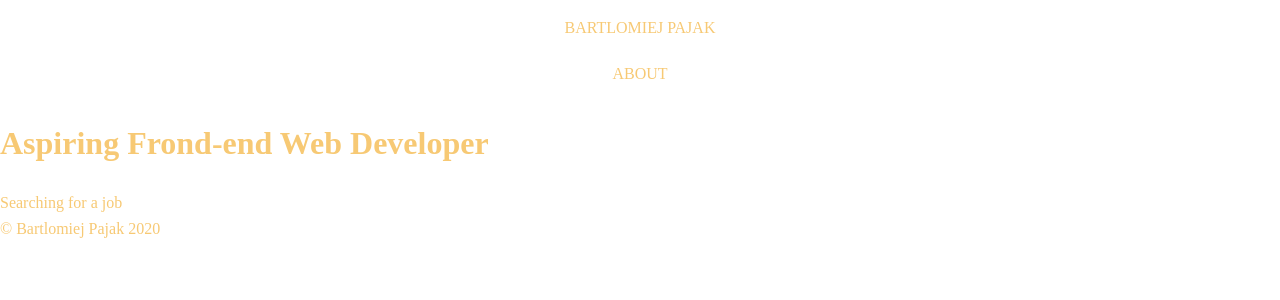
Repository: spidero7/personal-site
Page: index.html
An editor plug-in stored every save of this project. The page is shown before and after a run of saves, followed by the edit.
The browser window is 1280 px wide. The pictures show the whole page.
Some web fonts or font styles are not loaded; a fallback is used.

Above is the page before, as saved 2020-04-15 22:17:22.

After the next 9 saves:
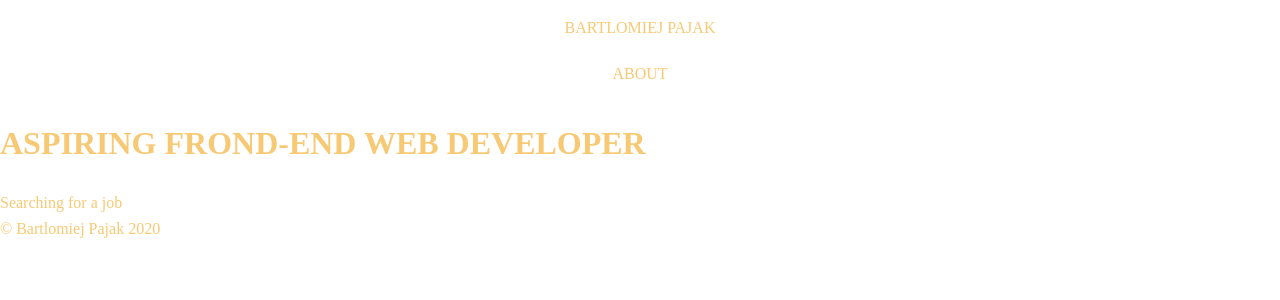
The 9 saves are shown as one change because they came seconds apart.
The last was saved 40 s later.
--- a/css/style.css
+++ b/css/style.css
@@ -11,6 +11,10 @@ body {
     line-height: 1.6;
     color: #F7C974;
     margin: 0;
+}
+
+h1 {
+    text-transform: uppercase;
 }
 
 ul {
